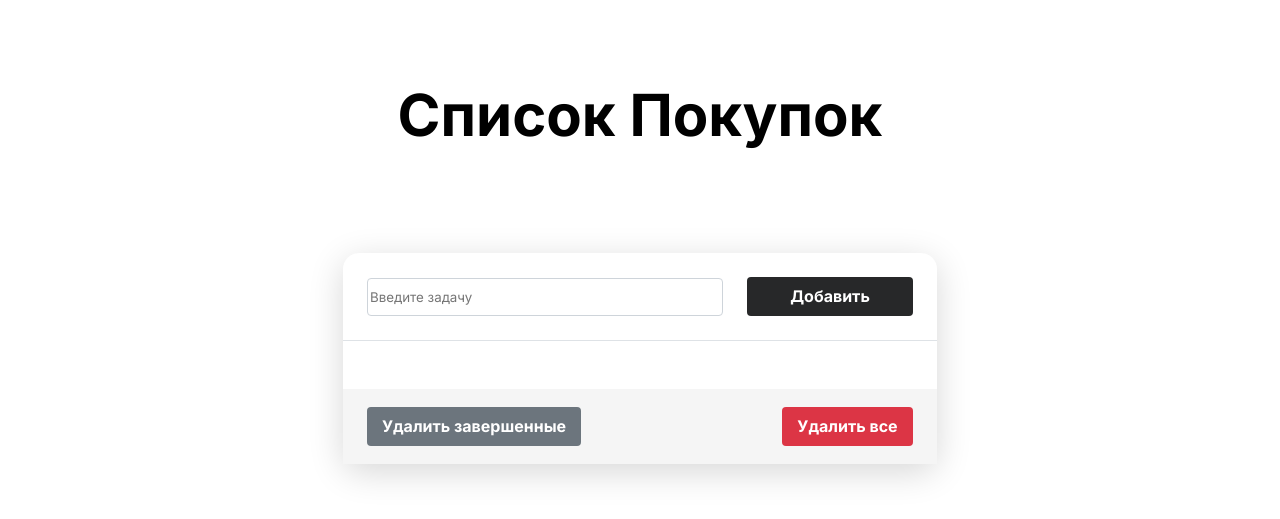
Repository: Tchistyakov/todolist
Page: /
These files come from the project's save history. The page is drawn as it stood at one moment and after the next save; the edit follows.
The browser window is 1280 px wide. The pictures show the whole page.
The project was rebuilt for these pictures with package versions that can differ from the ones it lists, and the page was loaded fresh each time.

Above is the page before, as saved 2021-12-22 00:24:47.

After the next save:
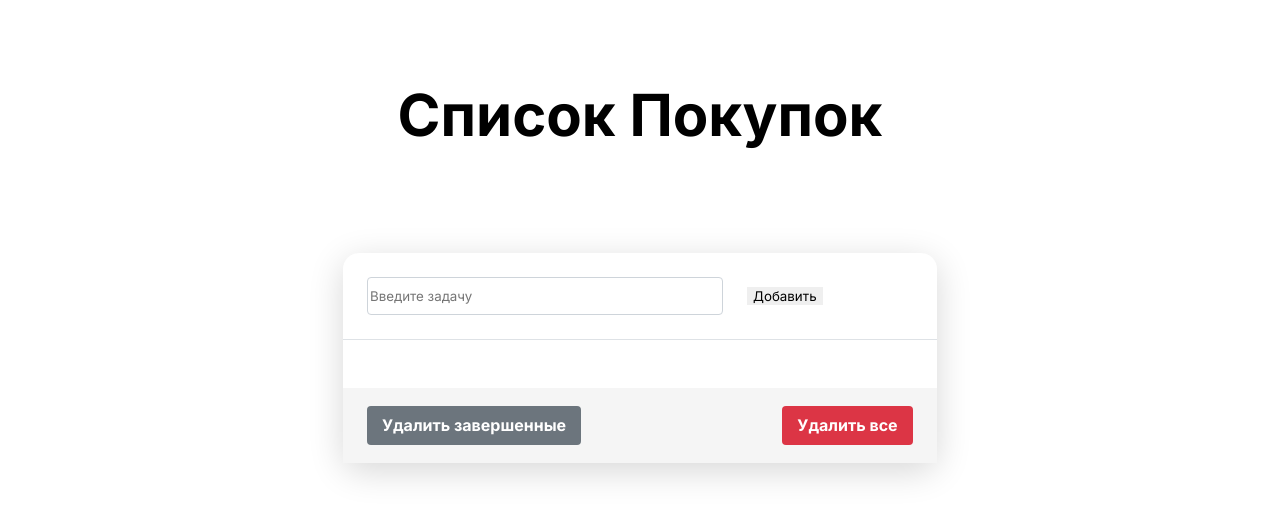
Saved 11 s later.
--- a/src/App.css
+++ b/src/App.css
@@ -68,7 +68,7 @@ span {
   margin-right: 24px;
 }
 
-.btn {
+/* .btn {
   height: 39px;
   border-radius: 4px;
   font-weight: 600;
@@ -81,7 +81,7 @@ span {
 .add {
   width: 166px;
   background: #272829;
-}
+} */
 
 .del-check {
   width: 214px;

After the 5 saves that followed:
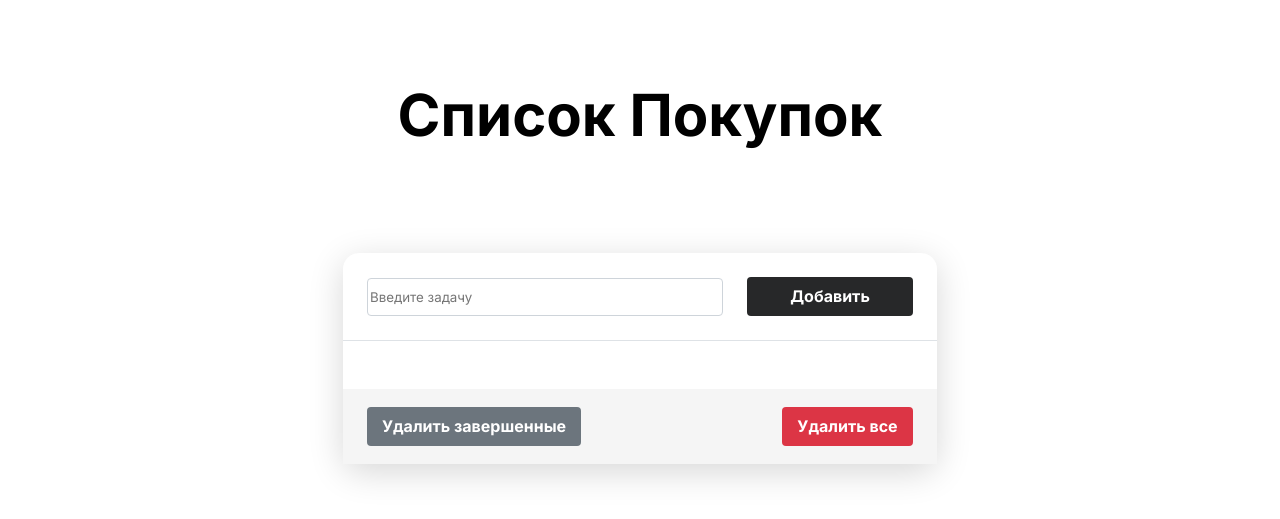
The 5 saves are shown as one change because 1 did not build or start and 3 left the picture as it was.
The last was saved 69 s later.
--- a/src/Component/Button.js
+++ b/src/Component/Button.js
@@ -1,3 +1,5 @@
+import './Button.css'
+
 function Button({type, children}) {
     return (
         <button className={`btn ${type}`}>
